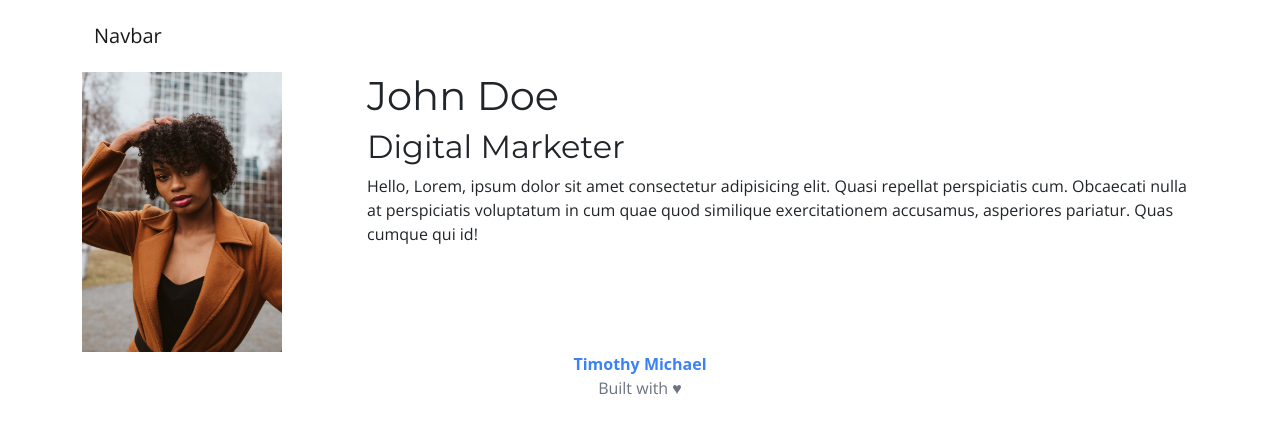
Repository: latenightsnacc/giggles
Page: HTML/CV.html
These files come from the project's save history. The page is drawn as it stood at one moment and after the next save; the edit follows.
The browser window is 1280 px wide. The pictures show the whole page.
Some web libraries are served in a nearby version.

Above is the page before, as saved 2021-01-04 15:03:31.

After the next save:
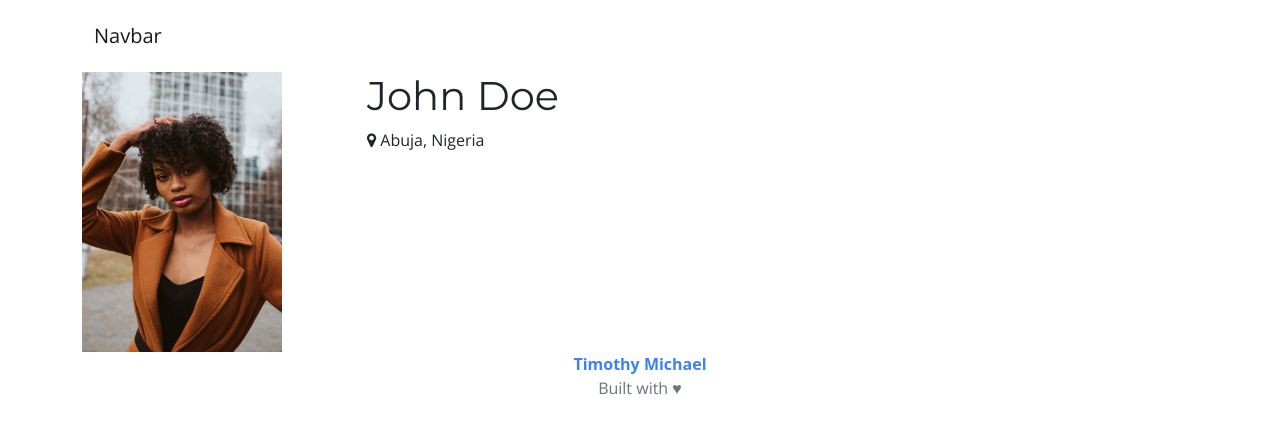
Saved 7 min 9 s later.
--- a/HTML/CV.html
+++ b/HTML/CV.html
@@ -36,8 +36,10 @@
                 <div class="col-xs-12 col-sm-12 col-md-9 col-lg-9 col-xl-9">
                     <div>
                         <h1>John Doe</h1>
-                        <h2>Digital Marketer</h2>
-                        <p>Hello, Lorem, ipsum dolor sit amet consectetur adipisicing elit. Quasi repellat perspiciatis cum. Obcaecati nulla at perspiciatis voluptatum in cum quae quod similique exercitationem accusamus, asperiores pariatur. Quas cumque qui id!</p>
+                        <p>
+                            <i class="fa fa-map-marker"></i>
+                            Abuja, Nigeria
+                        </p>
                     </div>
                 </div>
             </div>
